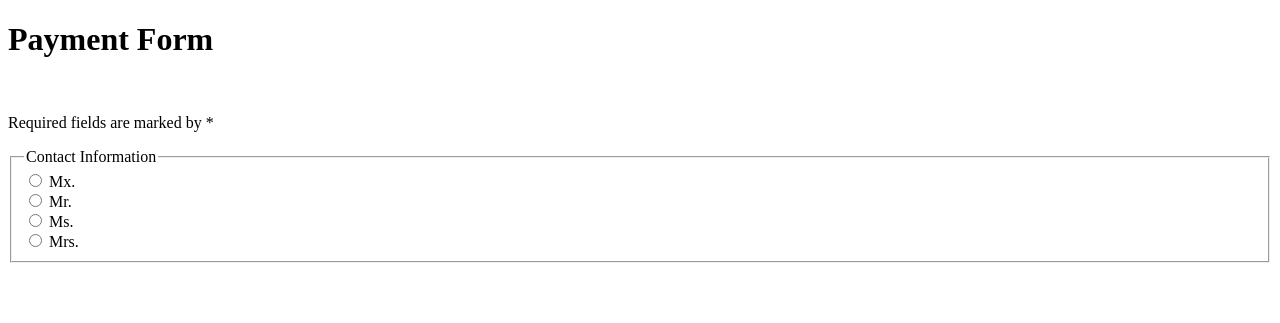
Repository: 10-2-pursuit/lab-intro-to-forms
Page: index.html
The author's editor kept a copy of each file at every save. The page is drawn from the files as they stood at one save, then again after a run of saves.
The browser window is 1280 px wide. The pictures show the whole page.

Above is the page before, as saved 2023-06-13 21:27:07.

After the next 2 saves:
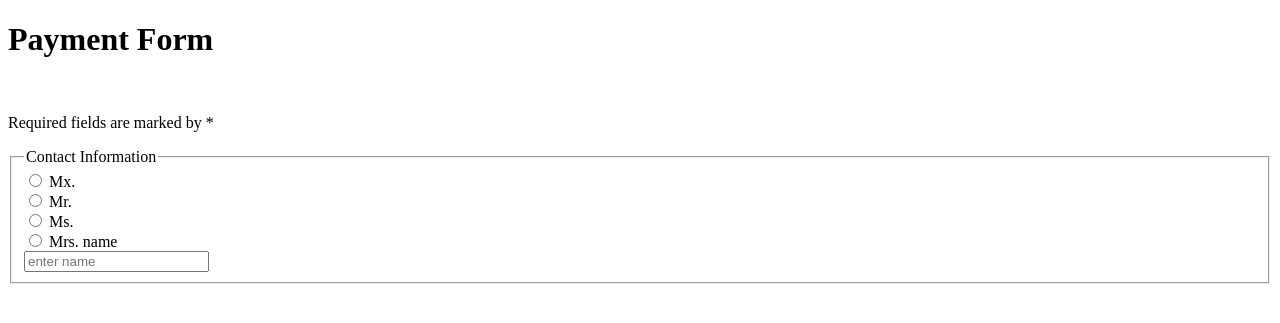
The 2 saves are shown as one change because they came seconds apart.
The last was saved 56 s later.
--- a/index.html
+++ b/index.html
@@ -23,7 +23,8 @@
            <br>
            <input type="radio" name="prefixMrs." id="prefixMrs.">
            <label for="Mrs.">Mrs.</label>
-
+           <label for="name">name</label><br>
+           <input type="text" name="name" id="Name" placeholder="enter name" required>
         </fieldset>
     </form>
 
